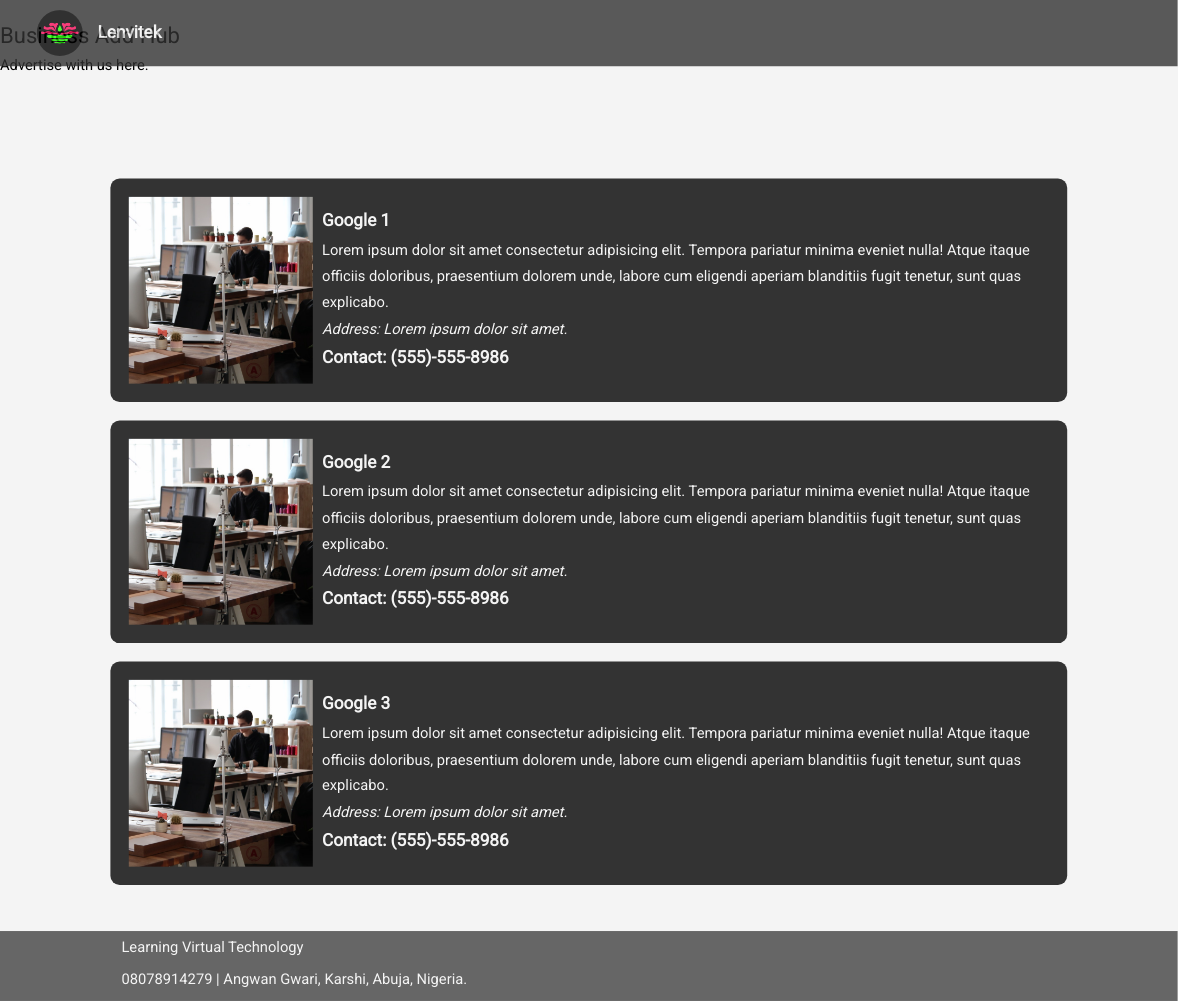
Repository: mxhdiqaim/lenviteck
Page: dist/businessAddHub.html
An editor plug-in stored every save of this project. The page is shown before and after the next save, followed by the edit.
The browser window is 1280 px wide. The pictures show the whole page, at 92% of full size.
Some web libraries are served in a nearby version. The style sheet was rebuilt from its Sass, Less or Tailwind sources for each picture, by a compiler version that may differ from the author's.

Above is the page before, as saved 2021-05-07 16:09:34.

### dist/businessAddHub.html
<!DOCTYPE html>
<html lang="en">
<head>
    <meta charset="UTF-8">
    <meta http-equiv="X-UA-Compatible" content="IE=edge">
    <meta name="viewport" content="width=device-width, initial-scale=1.0">
    <link rel="icon" href="../img/favicon.ico" type="image/x-icon" />
    <link rel="stylesheet" href="./styles/main.css">
    <link rel="stylesheet" href="https://pro.fontawesome.com/releases/v5.10.0/css/all.css"
    integrity="sha384-AYmEC3Yw5cVb3ZcuHtOA93w35dYTsvhLPVnYs9eStHfGJvOvKxVfELGroGkvsg+p" crossorigin="anonymous" />
    <title>Lenviteck | Business Add Hub.</title>
</head>
<body>

    <section class="content">
        <nav class="navbar bg-dark">
            <div class="logo-div">
                <img src="../img/LOGO.jpeg" class="logo" alt="">
                <h1>Lenvitek</h1>
            </div>
        </nav>


        <div class="business-add-hub">
            <h1>Business Add Hub</h1>
            <p>Advertise with us here.</p>
        </div>
        <section class="container section-2">
            <div class="company company-1">
                <img src="../img/img.jpg" alt="">
                <div>
                    <h1>Google 1</h1>
                    <p>Lorem ipsum dolor sit amet consectetur adipisicing elit. Tempora pariatur minima eveniet nulla! Atque itaque officiis doloribus, praesentium dolorem unde, labore cum eligendi aperiam blanditiis fugit tenetur, sunt quas explicabo.</p>
                    <address>Address: Lorem ipsum dolor sit amet.</address>
                    <h1>Contact: (555)-555-8986</h1>
                </div>
            </div>
            <div class="company company-1">
                <img src="../img/img.jpg" alt="">
                <div>
                    <h1>Google 2</h1>
                    <p>Lorem ipsum dolor sit amet consectetur adipisicing elit. Tempora pariatur minima eveniet nulla! Atque itaque officiis doloribus, praesentium dolorem unde, labore cum eligendi aperiam blanditiis fugit tenetur, sunt quas explicabo.</p>
                    <address>Address: Lorem ipsum dolor sit amet.</address>
                    <h1>Contact: (555)-555-8986</h1>
                </div>
            </div>
            <div class="company company-1">
                <img src="../img/img.jpg" alt="">
                <div>
                    <h1>Google 3</h1>
                    <p>Lorem ipsum dolor sit amet consectetur adipisicing elit. Tempora pariatur minima eveniet nulla! Atque itaque officiis doloribus, praesentium dolorem unde, labore cum eligendi aperiam blanditiis fugit tenetur, sunt quas explicabo.</p>
                    <address>Address: Lorem ipsum dolor sit amet.</address>
                    <h1>Contact: (555)-555-8986</h1>
                </div>
            </div>
        </section>
    </section>

    <footer>
       <div class="container-1">
           <div id="copy"></div>
       </div>
    </footer>

    <script>

        const date = new Date().getFullYear();

        document.getElementById("copy").innerHTML = ` <p>Learning Virtual Technology </p> <p>08078914279 | Angwan Gwari, Karshi, <span>Abuja, Nigeria</span>. </p>`;
    </script>
</body>
</html>

### dist/styles/main.scss
// Import
@import url('https://fonts.googleapis.com/css?family=Roboto');

// Global variables
$primary-color: #dc3545;
$dark-color: #333333;
$light-color: #f4f4f4;
$danger-color: #dc3545;
$success-color: #28a745;

// Functions
@function set-text-color($color) {
  @if (lightness($color) > 40) {
    @return #000;
  } @else {
    @return #fff;
  }
}

* {
  padding: 0;
  margin: 0;
  box-sizing: border-box;
}

body {
  font-family: 'Roboto', sans-serif;
  font-size: 1rem;
  line-height: 1.6;
  color: set-text-color($light-color);
  background: $light-color;
}


a {
  color: set-text-color($light-color);
  text-decoration: none;
}

ul {
  list-style: none;
}

img {
  width: 100%;
}

.logo-div {
  display: flex;
  justify-content: flex-start;
  align-items: center;

  img, h1 {
    margin: 0 8px 0;
  }

  img {
    width: 50px;
    border-radius: 50%;
  }
}

.container {
  max-width: 1100px;
  margin: auto;
  overflow: hidden;
  padding: 0 2rem;
}

.container-1 {
  max-width: 1100px;
  margin-left: 100px;
  overflow: hidden;
  padding: 0 2rem;
}

.section-1 {
  padding: 20px 10px;
  background: $dark-color;
  color: $light-color;
  margin: 10px auto;
  border-radius: 10px;
  // height: calc(100vh - 100px);
  margin-top: 70px;

  .works-list {
    padding: 10px;
    width: 100%;
    transition: all .3s ease;

    ul li a {
      color: $light-color;
      transition: color .3s ease;

      &:hover {
        color: darken($light-color, 10);
      }
    }
  }
}

// cards
.card {
  padding: .5rem;
  border: #444 1px solid;
  border-radius: 5px;
  margin: 0.5rem 0;
}

.btn {
  display: inline-block;
  background: light-color;
  border-radius: 5px;
  padding: 0.4rem 1.3rem;
  font-size: 1rem;
  border: none;
  cursor: pointer;
  margin-right: 0.5rem;
  transition: opacity 0.2s ease-in;
  outline: none;
  background-color: lighten($dark-color, 10);
  color: $light-color;
  display: block;
  width: 100%;
  position: relative;

  span {
    position: absolute;
    right: 10px;
  }
}

.btn:hover {
  background-color: lighten($dark-color, 15);
}

input {
  margin: 1.2rem 0;
}

.btn-primary,
.bg-primary,
.badge-primary,
.alert-primary {
  background: $primary-color;
  color: #fff;
}

.btn-light,
.bg-light,
.badge-light,
.alert-light {
  background: $light-color;
  color: #333;
}

.btn-dark,
.bg-dark,
.badge-dark,
.alert-dark {
  background: $dark-color;
  color: #fff;
}

.btn-danger,
.bg-danger,
.badge-danger,
.alert-danger {
  background: $danger-color;
  color: #fff;
}

.btn-success,
.bg-success,
.badge-success,
.alert-success {
  background: $success-color;
  color: #fff;
}

.btn-white,
.bg-white,
.badge-white,
.alert-white {
  background: #fff;
  color: #333;
  border: #ccc solid 1px;
}



.bg-light,
.badge-light {
  border: #ccc solid 1px;
}

.navbar {
  display: flex;
  justify-content: space-between;
  align-items: center;
  padding: 0.7rem 2rem;
  z-index: 1;
  width: 100%;
  background: $dark-color;
  opacity: 0.8;
  color: $light-color;
  margin-bottom: 1rem;
  position: fixed;
  top: 0;
  // margin: 5px ;
}

.navbar ul {
  display: flex;
}

.navbar a {
  color: #fff;
  padding: 0.45rem;
  margin: 0 0.25rem;
}

.navbar a:hover {
  color: $light-color;
}


// Drop Down Menu


// Footer
footer {
  background: lighten($dark-color, 20);
  display: flex;
  flex-direction: column;
  justify-content: flex-start;
  align-items: flex-start;
  color: $light-color;
  padding-top: 5px;
  padding-bottom: -2px;

  ul {
    display: flex;

    li {
      margin: 10px;

      a {
        transition: all .3s ease;
        color: $light-color;

        &:hover {
          color: darken($light-color, 10);
        }
      }

    }
  }

  p {
    margin-bottom: 10px;
  }
}

// Media Query
@media (max-width: 700px) {
  .hide-sm {
    display: none;
  }

  /* Navbar */
  .navbar {
    display: block;
  }

  .navbar ul {
    text-align: center;
    justify-content: center;
  }

  // Footer
  .container-1 {
    max-width: 1100px;
    // margin-left: 100px;
    margin: auto;
    text-align: left;
    overflow: hidden;
    padding: 0 2rem;
  }

  /*
  * Business Add Hub
  */

  .company {
    flex-direction: column;
    text-align: center;

    img {
      width: 90% !important;
      margin: auto;
    }
  }

  .business-add-hub {
    position: relative;
    top: 60px;
    left: 60px !important;
  }

  .mr-1 {
    margin-left: -30px !important;
  }
}

/*
 * Business Add Hub
*/


.business-add-hub {
  margin-top: 20px;

  h1 {
    font-weight: 500;
  }
}

.company {
  display: flex;
  padding: 10px;
  background: $dark-color;
  margin: 20px;
  border-radius: 10px;
  padding: 20px;

  div {
    padding: 10px;
    line-height: 1.8;
    // background: darken($light-color, 30);


  }
  img {
    width: 200px;

  }

}


.section-2 {
  padding: 20px 10px;
  // background: $dark-color;
  color: $light-color;
  margin: 10px auto;
  border-radius: 10px;
  // height: calc(100vh - 100px);
  margin-top: 70px;

}

After the next save:
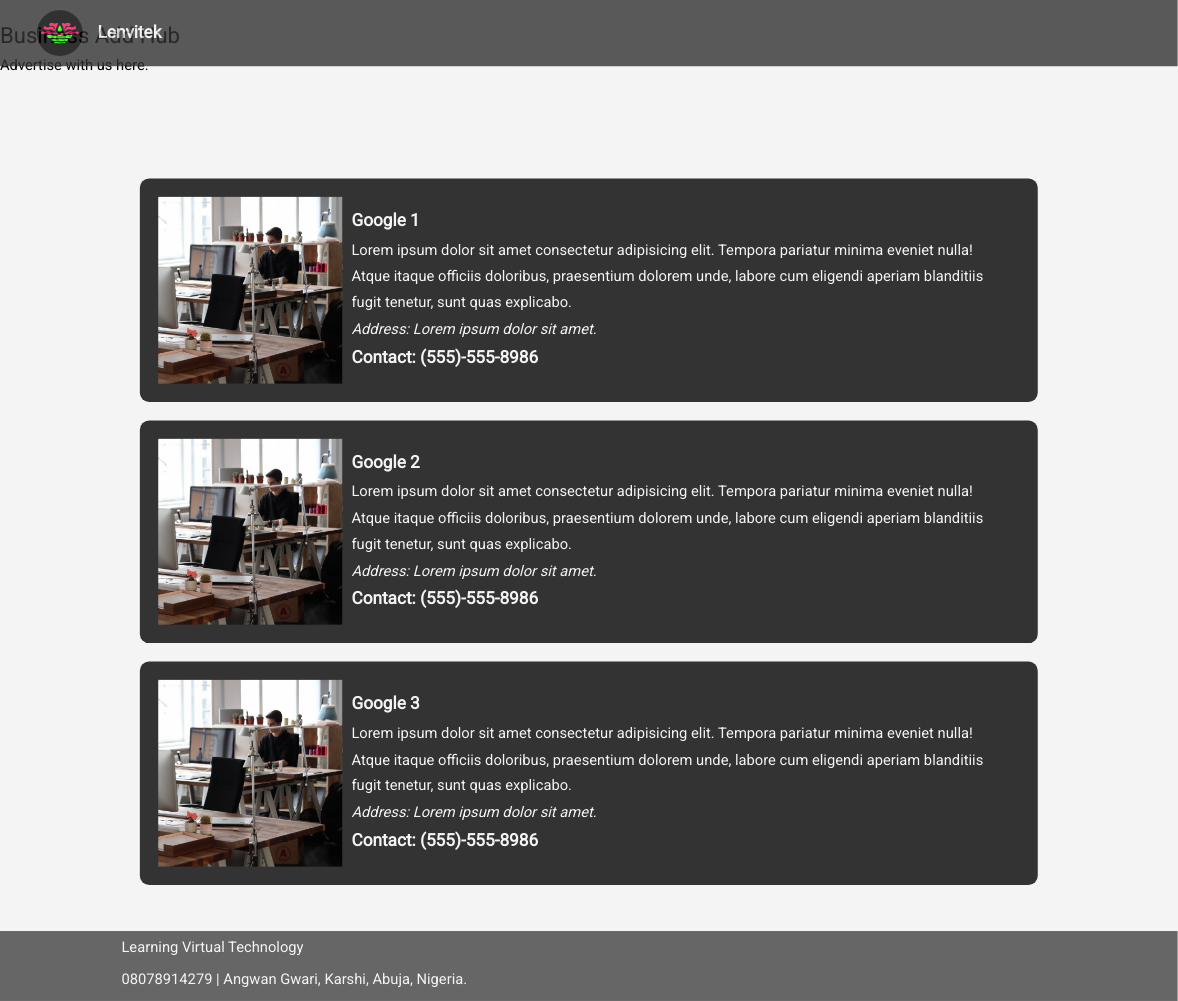
Saved 90 s later.
--- a/dist/businessAddHub.html
+++ b/dist/businessAddHub.html
@@ -25,33 +25,37 @@
             <h1>Business Add Hub</h1>
             <p>Advertise with us here.</p>
         </div>
-        <section class="container section-2">
-            <div class="company company-1">
-                <img src="../img/img.jpg" alt="">
-                <div>
-                    <h1>Google 1</h1>
-                    <p>Lorem ipsum dolor sit amet consectetur adipisicing elit. Tempora pariatur minima eveniet nulla! Atque itaque officiis doloribus, praesentium dolorem unde, labore cum eligendi aperiam blanditiis fugit tenetur, sunt quas explicabo.</p>
-                    <address>Address: Lorem ipsum dolor sit amet.</address>
-                    <h1>Contact: (555)-555-8986</h1>
+        <section class="container">
+            <div class="section-2">
+
+                <div class="company company-1">
+                    <img src="../img/img.jpg" alt="">
+                    <div>
+                        <h1>Google 1</h1>
+                        <p>Lorem ipsum dolor sit amet consectetur adipisicing elit. Tempora pariatur minima eveniet nulla! Atque itaque officiis doloribus, praesentium dolorem unde, labore cum eligendi aperiam blanditiis fugit tenetur, sunt quas explicabo.</p>
+                        <address>Address: Lorem ipsum dolor sit amet.</address>
+                        <h1>Contact: (555)-555-8986</h1>
+                    </div>
                 </div>
-            </div>
-            <div class="company company-1">
-                <img src="../img/img.jpg" alt="">
-                <div>
-                    <h1>Google 2</h1>
-                    <p>Lorem ipsum dolor sit amet consectetur adipisicing elit. Tempora pariatur minima eveniet nulla! Atque itaque officiis doloribus, praesentium dolorem unde, labore cum eligendi aperiam blanditiis fugit tenetur, sunt quas explicabo.</p>
-                    <address>Address: Lorem ipsum dolor sit amet.</address>
-                    <h1>Contact: (555)-555-8986</h1>
+                <div class="company company-1">
+                    <img src="../img/img.jpg" alt="">
+                    <div>
+                        <h1>Google 2</h1>
+                        <p>Lorem ipsum dolor sit amet consectetur adipisicing elit. Tempora pariatur minima eveniet nulla! Atque itaque officiis doloribus, praesentium dolorem unde, labore cum eligendi aperiam blanditiis fugit tenetur, sunt quas explicabo.</p>
+                        <address>Address: Lorem ipsum dolor sit amet.</address>
+                        <h1>Contact: (555)-555-8986</h1>
+                    </div>
                 </div>
-            </div>
-            <div class="company company-1">
-                <img src="../img/img.jpg" alt="">
-                <div>
-                    <h1>Google 3</h1>
-                    <p>Lorem ipsum dolor sit amet consectetur adipisicing elit. Tempora pariatur minima eveniet nulla! Atque itaque officiis doloribus, praesentium dolorem unde, labore cum eligendi aperiam blanditiis fugit tenetur, sunt quas explicabo.</p>
-                    <address>Address: Lorem ipsum dolor sit amet.</address>
-                    <h1>Contact: (555)-555-8986</h1>
+                <div class="company company-1">
+                    <img src="../img/img.jpg" alt="">
+                    <div>
+                        <h1>Google 3</h1>
+                        <p>Lorem ipsum dolor sit amet consectetur adipisicing elit. Tempora pariatur minima eveniet nulla! Atque itaque officiis doloribus, praesentium dolorem unde, labore cum eligendi aperiam blanditiis fugit tenetur, sunt quas explicabo.</p>
+                        <address>Address: Lorem ipsum dolor sit amet.</address>
+                        <h1>Contact: (555)-555-8986</h1>
+                    </div>
                 </div>
+
             </div>
         </section>
     </section>
